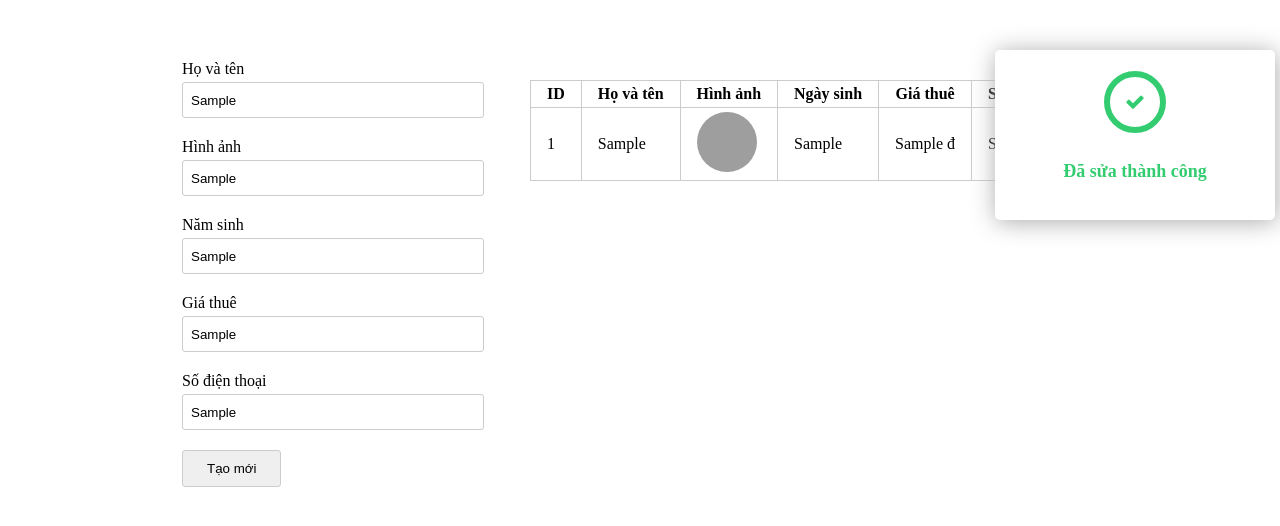
Repository: AnhTuan191298/sent-file-hoang
Page: js_kol-check/index.html
An editor plug-in stored every save of this project. The page is shown before and after the next save, followed by the edit.
The browser window is 1280 px wide. The pictures show the whole page.
Empty fields were first filled with sample values (such as "Sample", 5 or name@example.com).
After loading, the first visible `#form` was submitted once.
Pictures or frames that could not be fetched are drawn as grey boxes.

Above is the page before, as saved 2021-02-04 22:10:51.

After the next save:
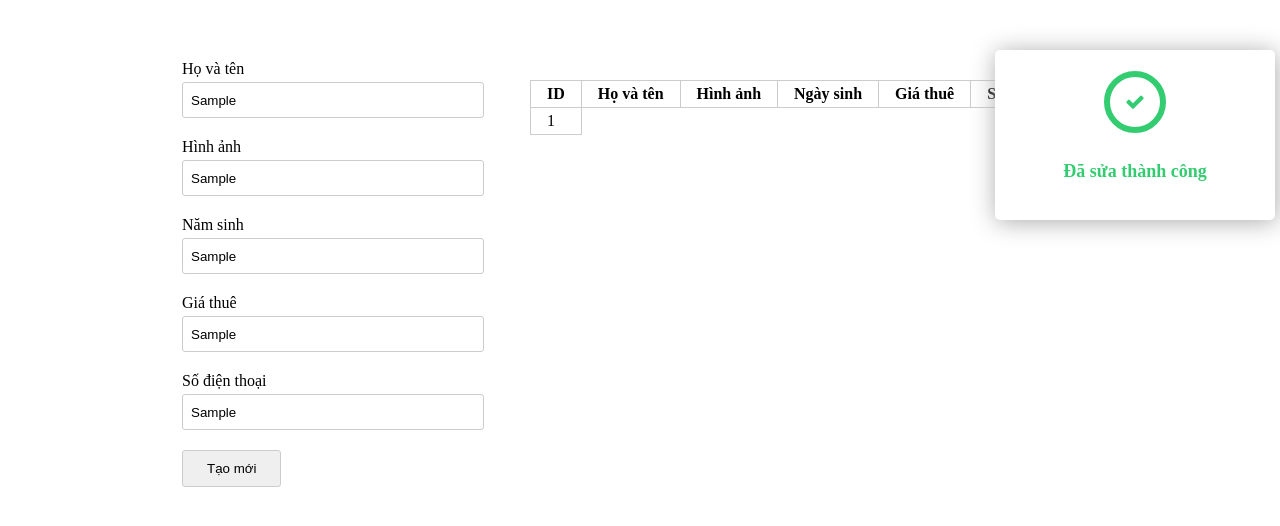
Saved 18 s later.
--- a/js_kol-check/assets/js/main.js
+++ b/js_kol-check/assets/js/main.js
@@ -42,13 +42,7 @@
             return `
             <tr>
                 <td>${index + 1}</td>
-                <td>${kol.fullName}</td>
-                <td>
-                    <img class="avatar" src="${kol.image}" alt="">
-                </td>
-                <td>${kol.birth}</td>
-                <td>${kol.price} đ</td>
-                <td>${kol.phone}</td>
+
             </tr>
             `
        }

After the save that followed:
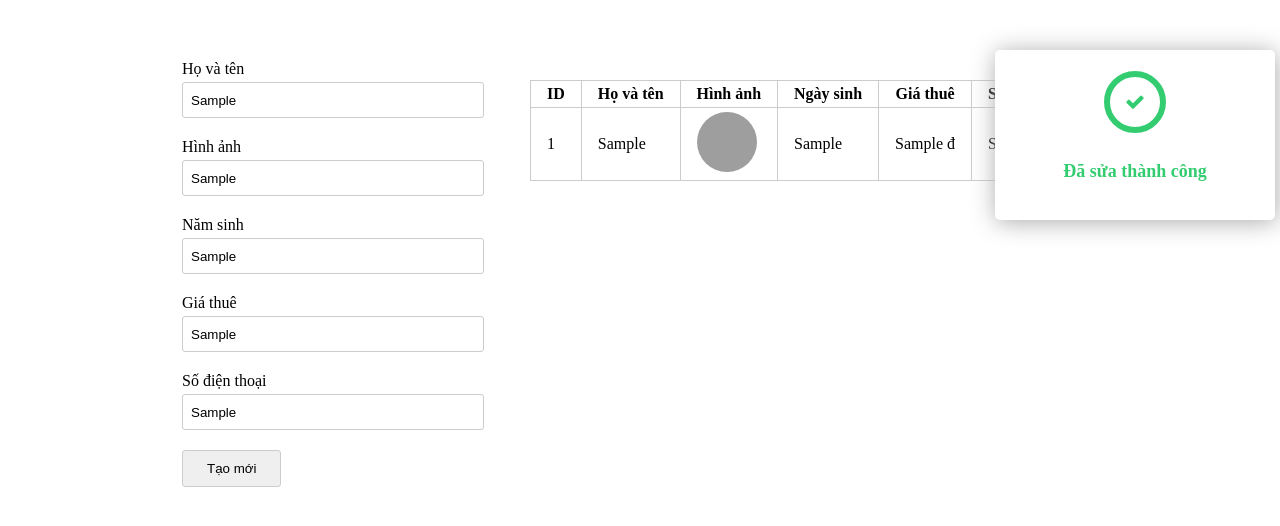
Saved 13 s later.
--- a/js_kol-check/assets/js/main.js
+++ b/js_kol-check/assets/js/main.js
@@ -42,7 +42,13 @@
             return `
             <tr>
                 <td>${index + 1}</td>
-
+                <td>${kol.fullName}</td>
+                <td>
+                    <img class="avatar" src="${kol.image}" alt="">
+                </td>
+                <td>${kol.birth}</td>
+                <td>${kol.price} đ</td>
+                <td>${kol.phone}</td>
             </tr>
             `
        }
